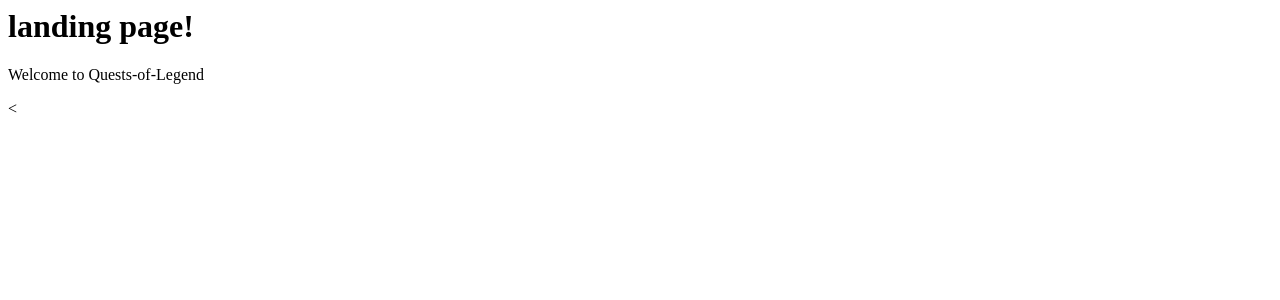
Repository: Hoangvo92/aws-program
Page: http://localhost/
The author's editor kept a record of every edit. The page is drawn from the files as they stood at one moment, then again after the next edit.
The browser window is 1280 px wide. The pictures show the whole page.
The page is served by the project's Node server (quests-of-legend/app.js).

Above is the page before.

### quests-of-legend/views/landing.ejs
<h1>landing page!</h1>

<p>Welcome to Quests-of-Legend</p>

<

### quests-of-legend/app.js
var express = require("express");
var app = express();
var bodyParser = require("body-parser");

app.use(bodyParser.urlencoded({extended: true}));
app.set("view engine", "ejs");

app.get("/", function(red, res){
   res.render("landing");
});
//show all quests- first restful route
app.get("/quests", function(req, res){
    var stories =  [
         {name: "Seal Of Star", image: "https://vignette.wikia.nocookie.net/saintseiya/images/4/49/Zeus_with_Kamui.jpg/revision/latest?cb=20121209212744"},
         {name: "Return of Chicken", image: "https://comicvine1.cbsistatic.com/uploads/original/11133/111330079/6530318-saigafurinji1.png"},
         {name: "Betrayal and Broken Heart", image: "https://www.anime-planet.com/images/manga/covers/masca-2560.jpg?t=1495142357"}
      ]
    res.render("quests", {quests: stories});
});

app.post("/quests", function(req, res){
    res.send("YOU HIT THE POST ROUTE!")
    //get data from form and add to quests array
});

app
app.listen(process.env.PORT, process.env.IP, function(){
    console.log("Stories server has started!");
});

After the next edit:
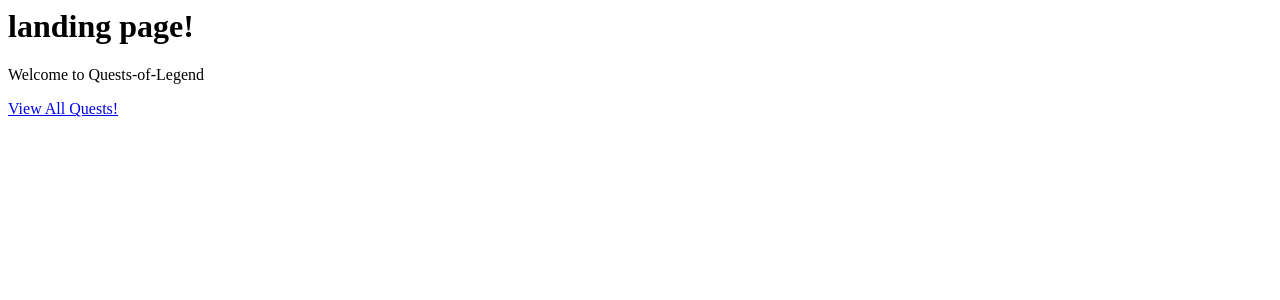
The edit:
--- a/quests-of-legend/views/landing.ejs
+++ b/quests-of-legend/views/landing.ejs
@@ -2,4 +2,4 @@
 
 <p>Welcome to Quests-of-Legend</p>
 
-<
+<a href="/quests">View All Quests!</a>
